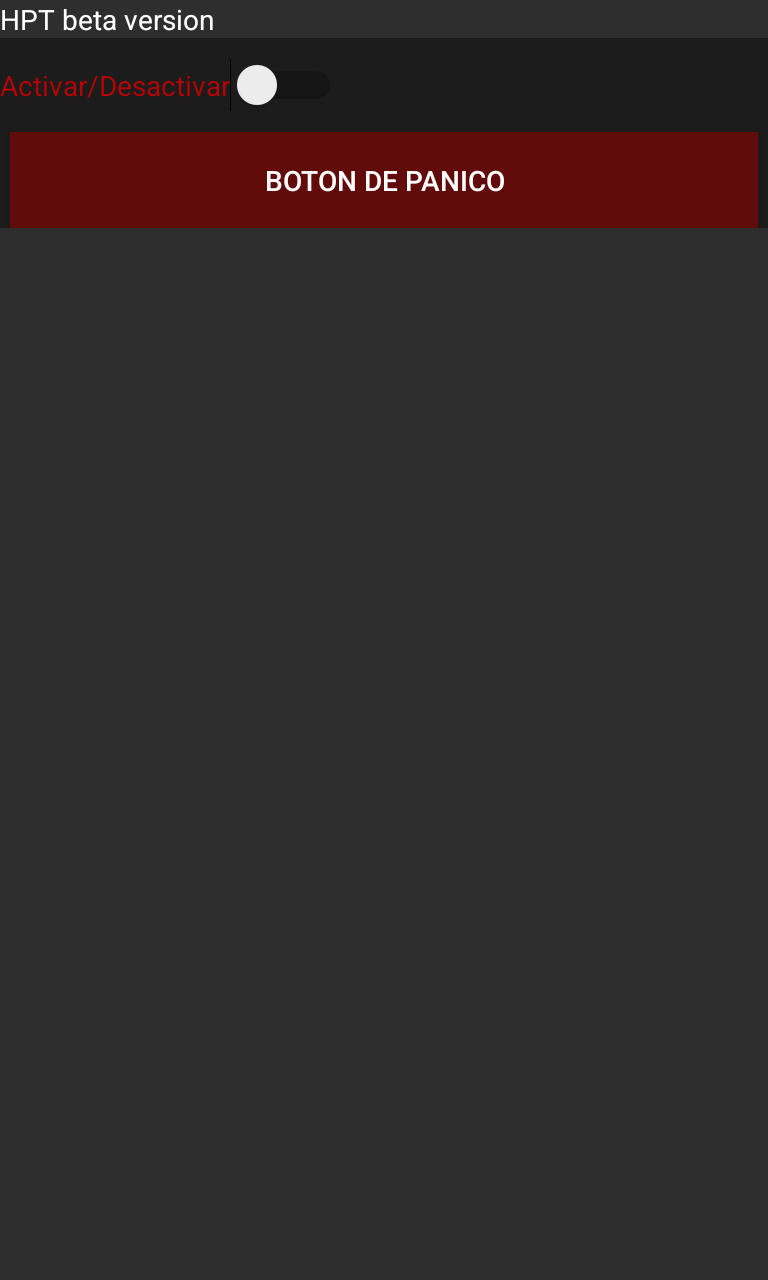
Repository: aludena18/android_apps
Layout: HunterPersonalTrack/res/layout/activity_main.xml
The author's editor kept a copy of each file at every save. The layout is drawn from the files as they stood at one save, then again after the next save.
It is drawn on a 768 x 1280 px phone screen (xhdpi) without system bars, with theme AppTheme; the app's code is not run.

Above is the layout before, as saved 2015-10-14 20:31:15.

After the next save:
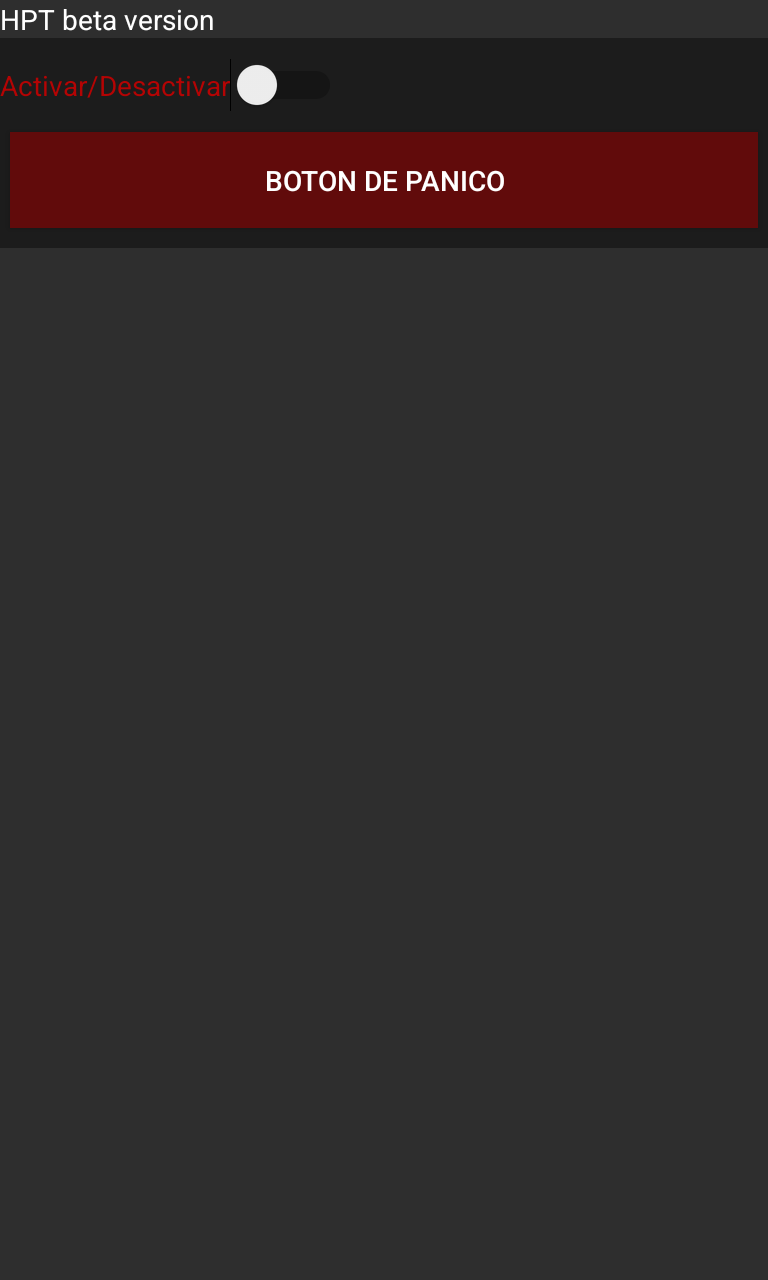
Saved 2 min 21 s later.
--- a/HunterPersonalTrack/res/layout/activity_main.xml
+++ b/HunterPersonalTrack/res/layout/activity_main.xml
@@ -16,7 +16,6 @@
         android:layout_width="match_parent"
         android:layout_height="wrap_content"
         android:orientation="vertical"
-        android:layout_marginBottom="10dp"
         android:background="#1C1C1C">
 
         <Switch
@@ -34,6 +33,7 @@
 	        android:layout_height="wrap_content"
         	android:layout_marginLeft="5dp"
         	android:layout_marginRight="5dp"
+        	android:layout_marginBottom="10dp"
         	android:background="#610B0B"
         	android:textColor="#FFFFFF"
         	android:text="@string/etqBtnPanico"/>
